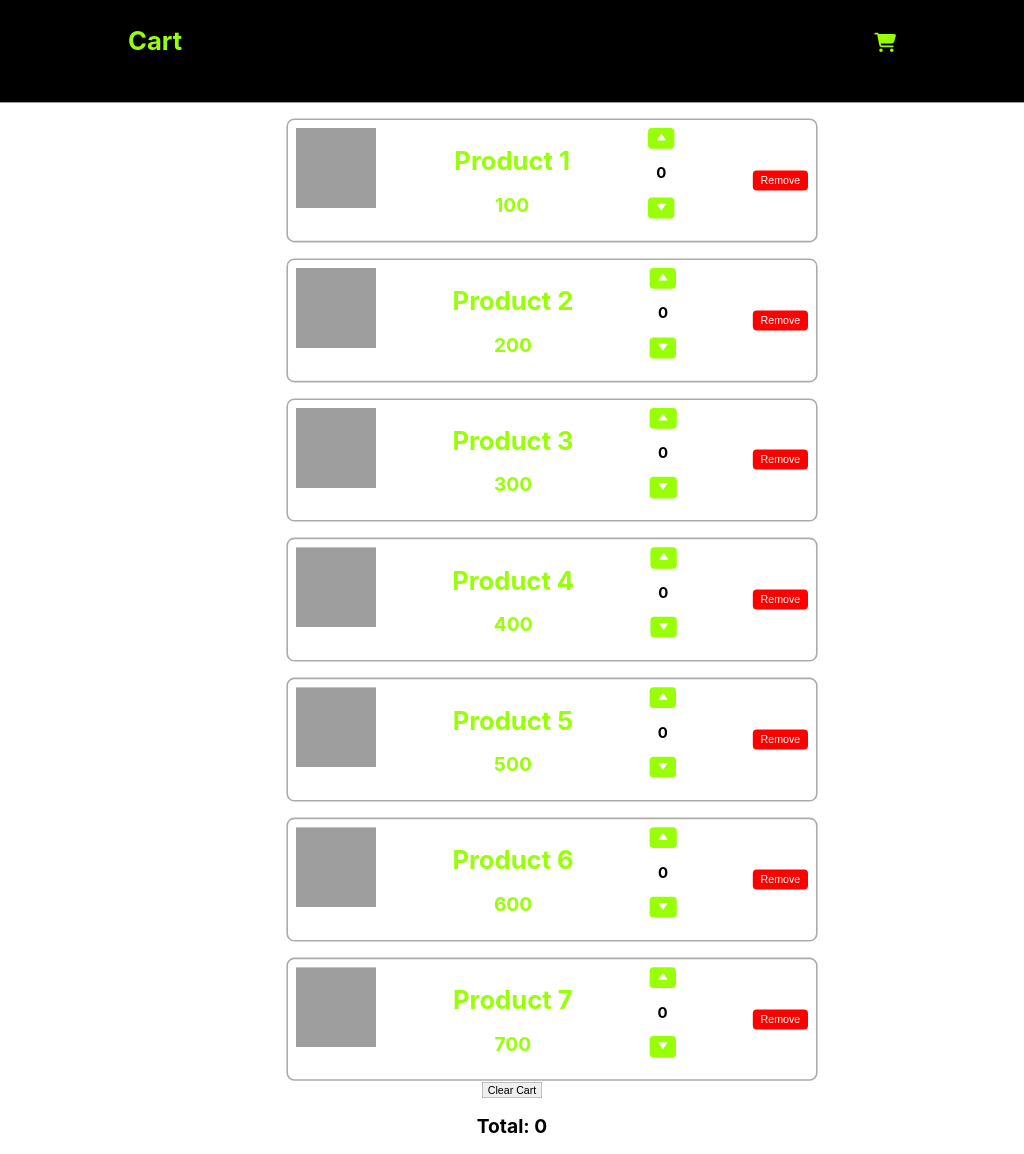
Repository: sriram1224/Cart-react-app
Page: /
The author's editor kept a copy of each file at every save. The page is drawn from the files as they stood at one save, then again after the next save.
The browser window is 1280 px wide. The pictures show the whole page, at 80% of full size.
Pictures or frames that could not be fetched are drawn as grey boxes. The project was rebuilt for these pictures with package versions that can differ from the ones it lists, and the page was loaded fresh each time.

Above is the page before, as saved 2024-03-12 22:11:25.

After the next save:
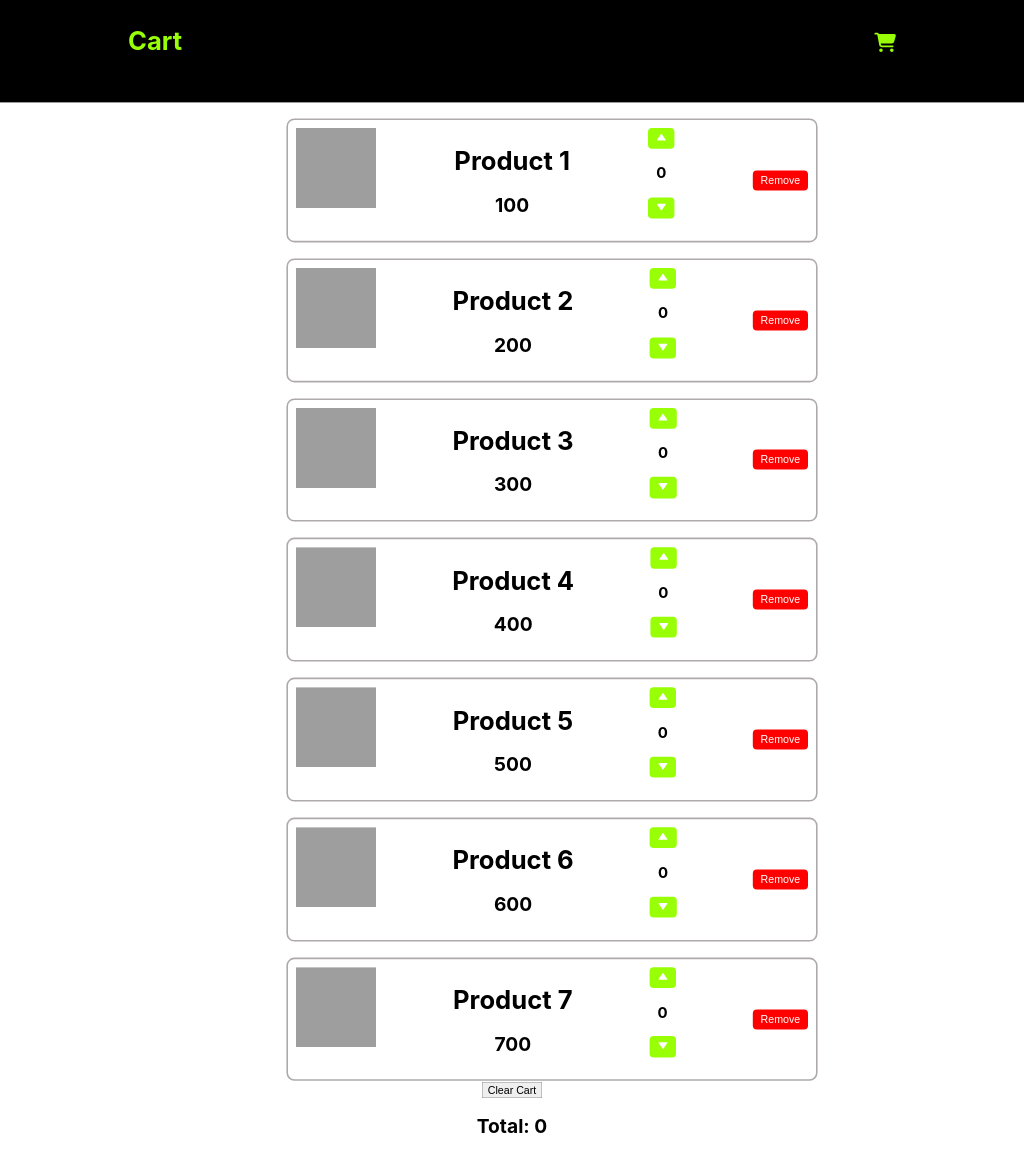
Saved 6 s later.
--- a/src/Components/cart.css
+++ b/src/Components/cart.css
@@ -41,5 +41,5 @@
 
 .text{
 
-    color: rgb(152, 255, 7);
+
 }
